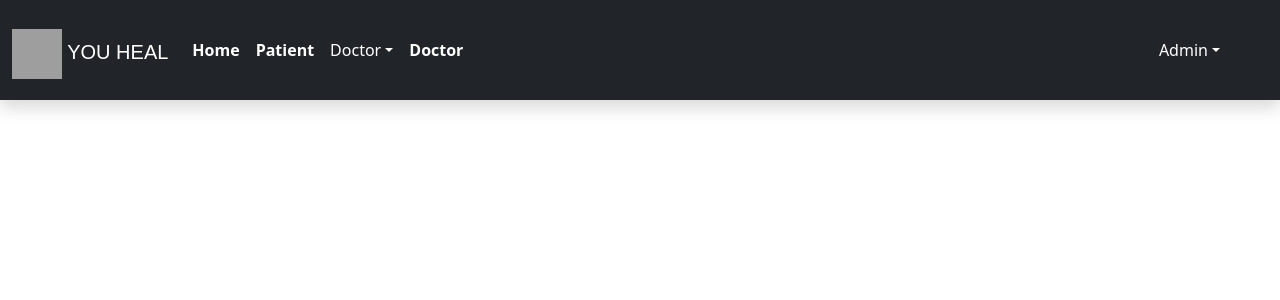
Repository: Akshatayadav/JavaProject
Page: http://localhost/YouHeal/admin/header.jsp
These files come from the project's save history. The page is drawn as it stood at one moment and after the next save; the edit follows.
The browser window is 1280 px wide. The pictures show the whole page.
Pictures or frames that could not be fetched are drawn as grey boxes. Some web libraries are served in a nearby version. The page is served by Tomcat 9. Other server files are loaded and not shown.

Above is the page before, as saved 2023-04-17 16:27:04.

### YouHeal/src/main/webapp/admin/header.jsp
<%@ page language="java" contentType="text/html; charset=ISO-8859-1"
    pageEncoding="ISO-8859-1"%>
<!DOCTYPE html>
<html>
<head>
<meta charset="ISO-8859-1">
<title>Insert title here</title>
<link href="https://cdn.jsdelivr.net/npm/bootstrap@5.3.0-alpha2/dist/css/bootstrap.min.css" rel="stylesheet" integrity="sha384-aFq/bzH65dt+w6FI2ooMVUpc+21e0SRygnTpmBvdBgSdnuTN7QbdgL+OapgHtvPp" crossorigin="anonymous">
   <script src="https://cdn.jsdelivr.net/npm/popper.js@1.12.9/dist/umd/popper.min.js" integrity="sha384-ApNbgh9B+Y1QKtv3Rn7W3mgPxhU9K/ScQsAP7hUibX39j7fakFPskvXusvfa0b4Q" crossorigin="anonymous"></script>
    <script src="https://cdn.jsdelivr.net/npm/bootstrap@5.3.0-alpha2/dist/js/bootstrap.bundle.min.js" integrity="sha384-qKXV1j0HvMUeCBQ+QVp7JcfGl760yU08IQ+GpUo5hlbpg51QRiuqHAJz8+BrxE/N" crossorigin="anonymous"></script>
</head>
<body>
<!-- Navbar -->
<nav class="navbar navbar-expand-sm sticky-top navbar-dark bg-dark text-white  shadow">
  <!-- Container wrapper -->
  <div class="container-fluid">
    <!-- Toggle button -->
    <button
      class="navbar-toggler"
      type="button"
      data-mdb-toggle="collapse"
      data-mdb-target="#navbarSupportedContent"
      aria-controls="navbarSupportedContent"
      aria-expanded="false"
      aria-label="Toggle navigation"
    >
      <i class="fas fa-bars"></i>
    </button>

    <!-- Collapsible wrapper -->
    <div class="collapse navbar-collapse" id="navbarSupportedContent">
      <!-- Navbar brand -->
      <a class="navbar-brand mt-6 fas mt-lg-3 h2 " style="font-family:sans-serif;yy ; ;"href="#">
        <img
          src="https://mdbcdn.b-cdn.net/img/Photos/new-templates/bootstrap-login-form/lotus.webp"
          height="50" width="50"
          alt="MDB Logo"
          loading="lazy"
        /> YOU HEAL
      </a>
      <!-- Right links -->
      <ul class="navbar-nav me-auto mb-2 mb-xl-0 ">

        <li class="nav-item">
          <b><a class="nav-link active" href="home.jsp">Home</a></b>
        </li>
        <li class="nav-item">
          <b><a class="nav-link active" href="patient.jsp">Patient</a></b>
        </li>
        <div class="btn-group">

    		<a href="#" class="nav-link active dropdown-toggle mx-0" role="button" data-bs-toggle="dropdown">Doctor</a>
                <ul class="dropdown-menu">
                 <li>
                   <a href="../jsp/doctor.jsp" class="dropdown-item">Add Doctor</a>
                   <a href="/YouHeal/AdminLogin?action=logout" class="dropdown-item">View Doctor</a>
                 </li>


                        </ul>
		</div>
        <li class="nav-item">
          <b><a class="nav-link active" href="../jsp/doctor.jsp">Doctor</a></b>
        </li>



      </ul>
      <!-- Right links -->
    </div>
    <!-- Collapsible wrapper -->

   <div class="btn-group">

    <a href="#" class="nav-link dropdown-toggle mx-5" role="button" data-bs-toggle="dropdown">Admin</a>
                        <ul class="dropdown-menu">
                             <li>
                                <a href="/YouHeal/AdminLogin?action=logout" class="dropdown-item">Logout</a>
                            </li>


                        </ul>
</div>
  </div>
  <!-- Container wrapper -->
</nav>
<!-- Navbar -->
</body>
</html>

After the next save:
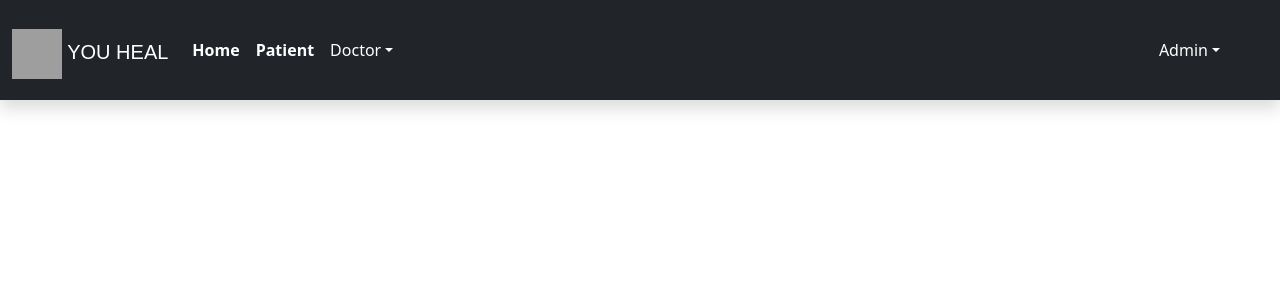
Saved 5 s later.
--- a/YouHeal/src/main/webapp/admin/header.jsp
+++ b/YouHeal/src/main/webapp/admin/header.jsp
@@ -59,9 +59,7 @@
 
                         </ul>
 		</div>
-        <li class="nav-item">
-          <b><a class="nav-link active" href="../jsp/doctor.jsp">Doctor</a></b>
-        </li>
+
 
 
 
